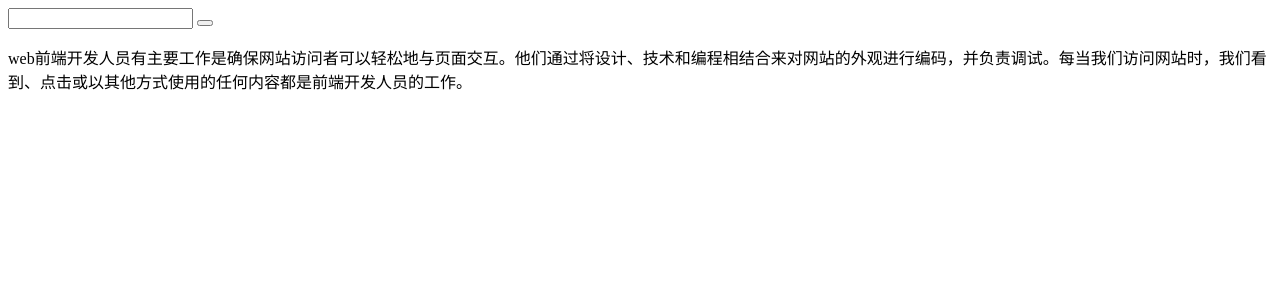
Repository: fox-summer/css-
Page: 百度新闻页面内容搜索.html
The author's editor kept a copy of each file at every save. The page is drawn from the files as they stood at one save, then again after the next save.
The browser window is 1280 px wide. The pictures show the whole page.

Above is the page before, as saved 2022-05-28 22:44:18.

### 百度新闻页面内容搜索.html
<!DOCTYPE html>
<html lang="en">
  <head>
    <meta charset="UTF-8" />
    <meta http-equiv="X-UA-Compatible" content="IE=edge" />
    <meta name="viewport" content="width=device-width, initial-scale=1.0" />
    <title>Document</title>
  </head>
  <body>
    <input type="text" id="myinput" />
    <button id="mybtn"></button>
    <p>
      web前端开发人员有主要工作是确保网站访问者可以轻松地与页面交互。他们通过将设计、技术和编程相结合来对网站的外观进行编码，并负责调试。每当我们访问网站时，我们看到、点击或以其他方式使用的任何内容都是前端开发人员的工作。
    </p>
  </body>
</html>

After the next save:
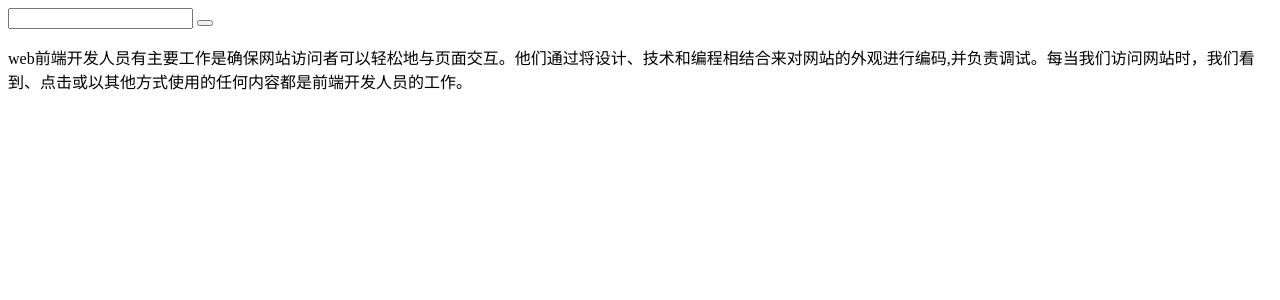
Saved 20 s later.
--- a/百度新闻页面内容搜索.html
+++ b/百度新闻页面内容搜索.html
@@ -10,7 +10,7 @@
     <input type="text" id="myinput" />
     <button id="mybtn"></button>
     <p>
-      web前端开发人员有主要工作是确保网站访问者可以轻松地与页面交互。他们通过将设计、技术和编程相结合来对网站的外观进行编码，并负责调试。每当我们访问网站时，我们看到、点击或以其他方式使用的任何内容都是前端开发人员的工作。
+      web前端开发人员有主要工作是确保网站访问者可以轻松地与页面交互。他们通过将设计、技术和编程相结合来对网站的外观进行编码,并负责调试。每当我们访问网站时，我们看到、点击或以其他方式使用的任何内容都是前端开发人员的工作。
     </p>
   </body>
 </html>
